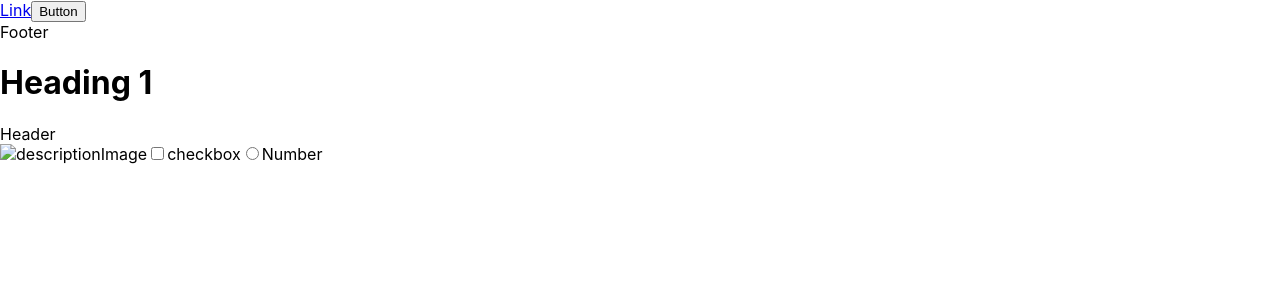
Repository: AiTrinh303/Jest_Sample
Page: / (app in small-test/)
These files come from the project's save history. The page is drawn as it stood at one moment and after the next save; the edit follows.
The browser window is 1280 px wide. The pictures show the whole page.
The project was rebuilt for these pictures with package versions that can differ from the ones it lists, and the page was loaded fresh each time.

Above is the page before, as saved 2024-11-25 20:46:19.

### small-test/src/App.js

function App() {
  return (
    <div>
      <a href="/">Link</a>
      <button>Button</button>
      <footer>Footer</footer>
      <h1>Heading 1</h1>
      <header>Header</header>
      <img alt="description"/>Image
      <input type="checkbox"/>checkbox
      <input type="radio"/>Number
    </div>
  );
}

export default App;

Loaded but not shown: small-test/public/index.html (common file); small-test/src/index.js (common file); small-test/src/index.css (common file); small-test/src/reportWebVitals.js (common file)

After the next save:
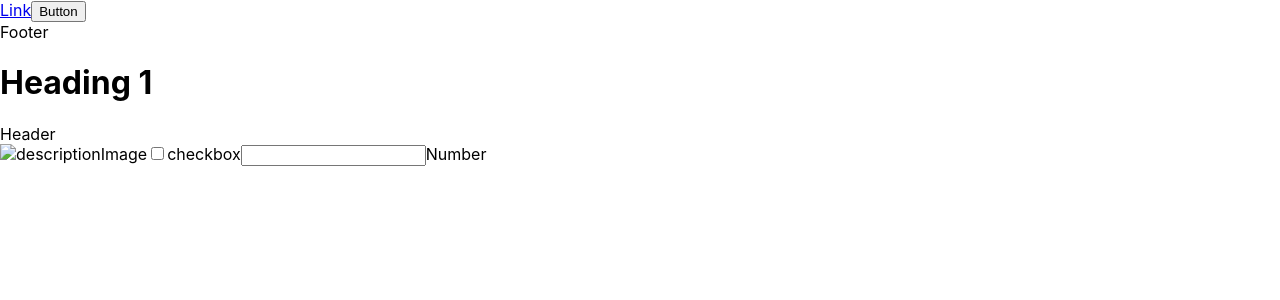
Saved 5 s later.
--- a/small-test/src/App.js
+++ b/small-test/src/App.js
@@ -9,7 +9,7 @@ function App() {
       <header>Header</header>
       <img alt="description"/>Image
       <input type="checkbox"/>checkbox
-      <input type="radio"/>Number
+      <input type="number"/>Number
     </div>
   );
 }
